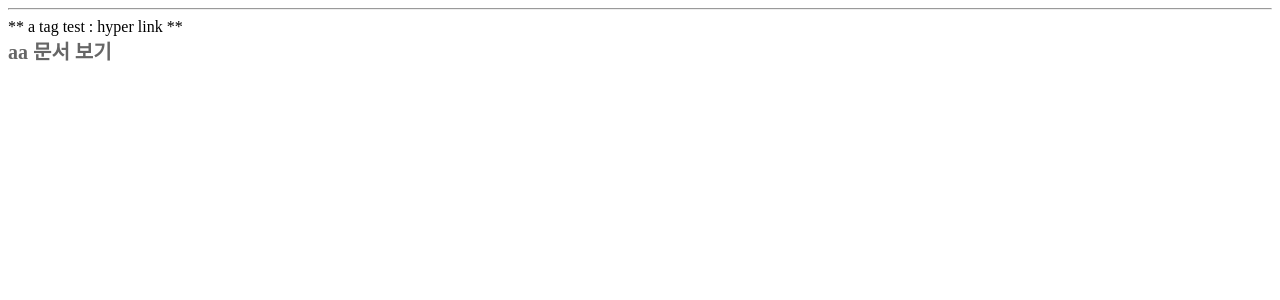
Repository: lsgsg/lsgsg
Page: wsou/webBasic/WebContent/cc.html
These files come from the project's save history. The page is drawn as it stood at one moment and after the next save; the edit follows.
The browser window is 1280 px wide. The pictures show the whole page.

Above is the page before, as saved 2018-08-14 03:43:52.

### wsou/webBasic/WebContent/cc.html
<!DOCTYPE html>
<html>
<head>
<meta charset="UTF-8">
<title>이미지와 링크에 대해서</title>
<style>
	.imgStyle { }
	a{ text-decoration : none;
	   color : #666;
	   font-size : 20px;
	   font-weight:bold;
	   width:200px;
	   height:100px;
	   display:block;

	   }
	img {width:100%; height:100%;}
</style>
</head>
<body>
<!--
<div class = 'imgStyle'>
	<a href = "http://www.naver.com" target = "_blank">
		<img src = "image/mouse.png" title ="툴팁">
	</a>
	<a href = "http://www.daum.net" target = "_blank">
		<img src = "image/menu1.jpg" title ="툴팁2" width = "50%" align = "right">
	</a>
	<a href = "#">
		<img src ="https://t1.daumcdn.net/daumtop_chanel/op/20170315064553027.png" alt="네이버 이미지">
	</a>
	<embed src ="image/mycafe.swf"  autostart="true" alt="원래는 비디오 사운드 파일을 담는 태그">
</div>
-->
<hr>
** a tag test : hyper link ** <br>
<a href="aa.html"> aa 문서 보기 </a>
</body>
</html>

After the next save:
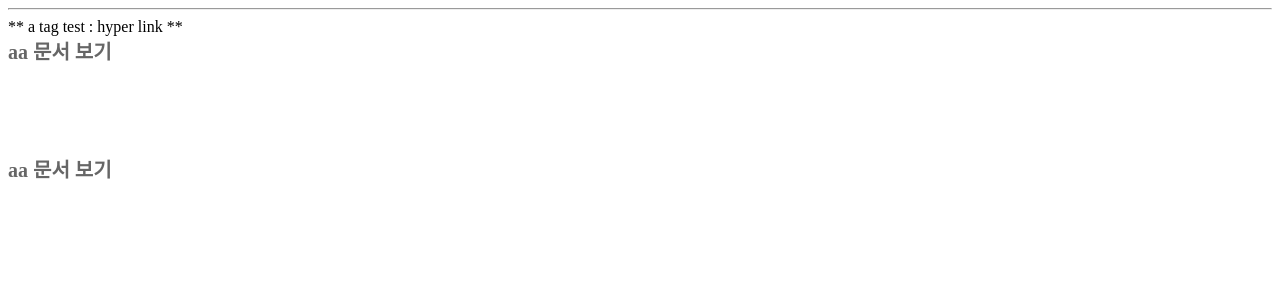
Saved 4 min 58 s later.
--- a/wsou/webBasic/WebContent/cc.html
+++ b/wsou/webBasic/WebContent/cc.html
@@ -34,6 +34,7 @@
 -->
 <hr>
 ** a tag test : hyper link ** <br>
+<a href="aa.html"> aa 문서 보기 </a> </br>
 <a href="aa.html"> aa 문서 보기 </a>
 </body>
 </html>
